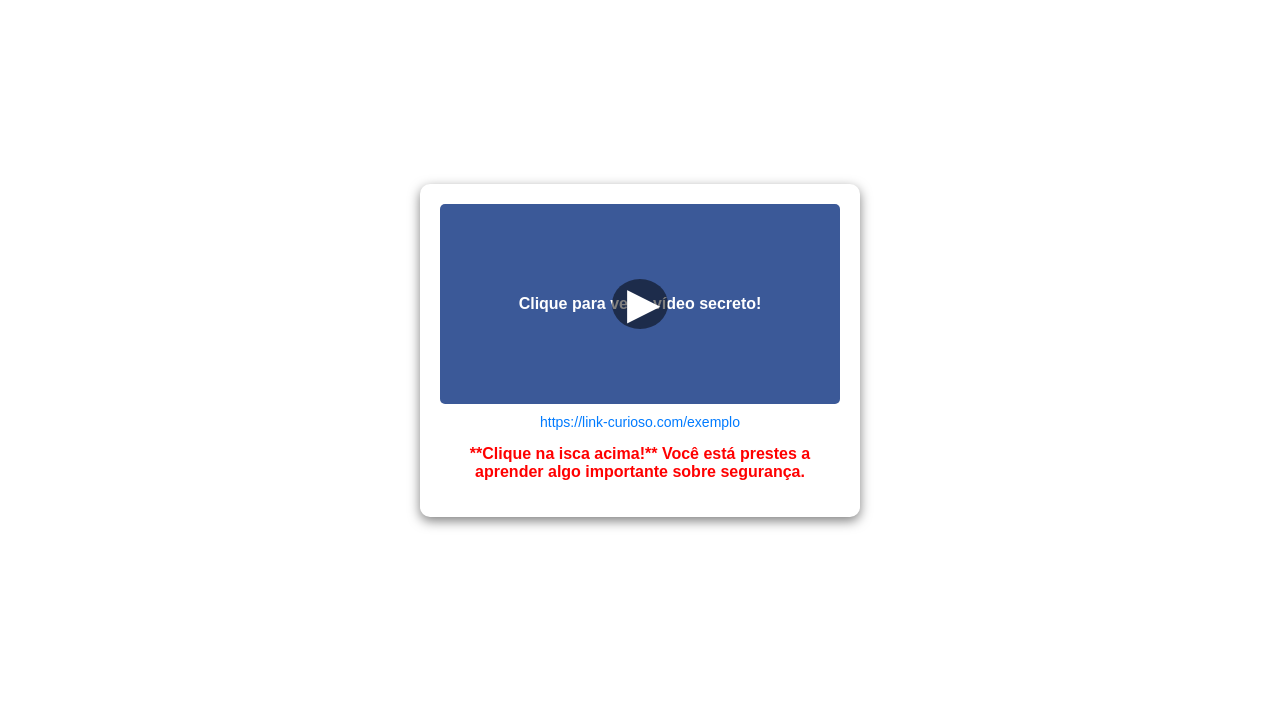
Repository: Valmir-Goncalves/projetoAlertaPhishing
Page: index.html
The author's editor kept a copy of each file at every save. The page is drawn from the files as they stood at one save, then again after a run of saves.
The browser window is 1280 px wide. The pictures show the whole page.

Above is the page before, as saved 2025-11-09 08:28:49.
Not found: background.jpg

After the next 4 saves:
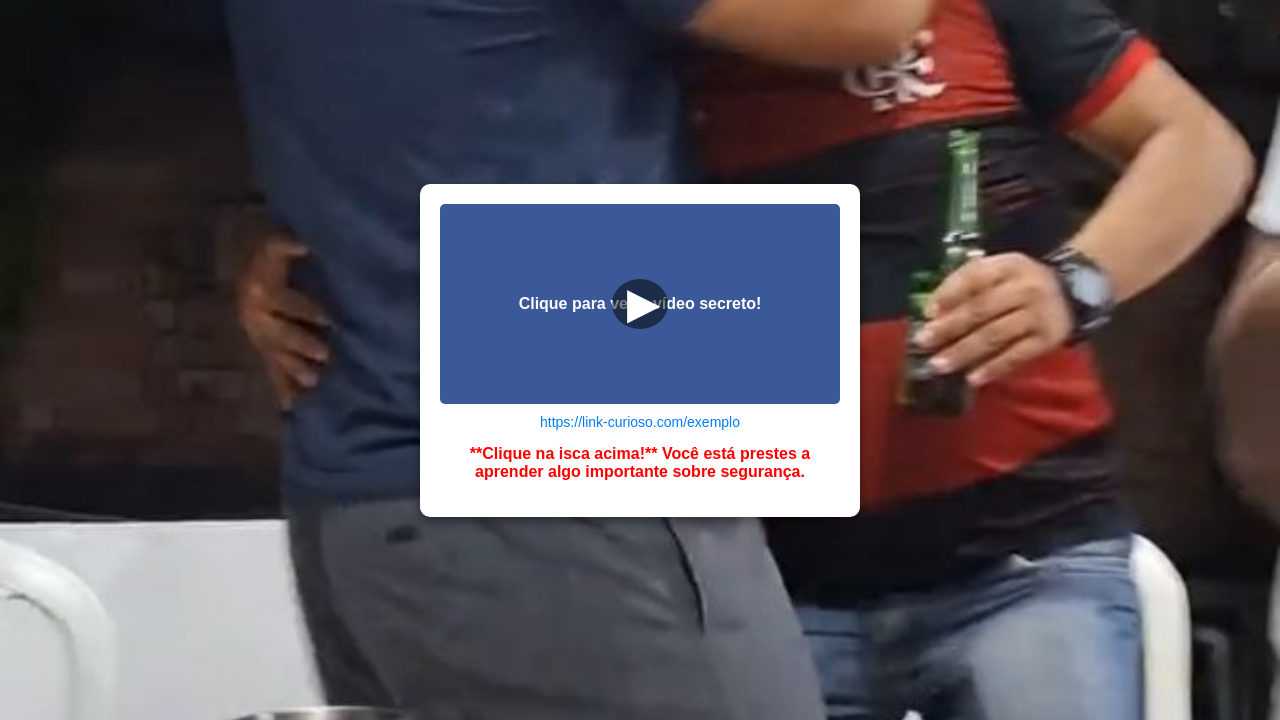
The 4 saves are shown as one change because they came seconds apart.
The last was saved 25 s later.
--- a/style.css
+++ b/style.css
@@ -8,7 +8,7 @@ body {
     margin: 0;
 
     /* === ALTERAÇÕES PARA IMAGEM DE FUNDO === */
-    background-image: url('background.jpg'); /* Define o caminho da imagem */
+    background-image: url('far1.jpg'); /* Define o caminho da imagem */
     background-size: cover; /* Ajusta a imagem para cobrir toda a área */
     background-position: center; /* Centraliza a imagem */
     background-repeat: no-repeat; /* Impede a repetição da imagem */
